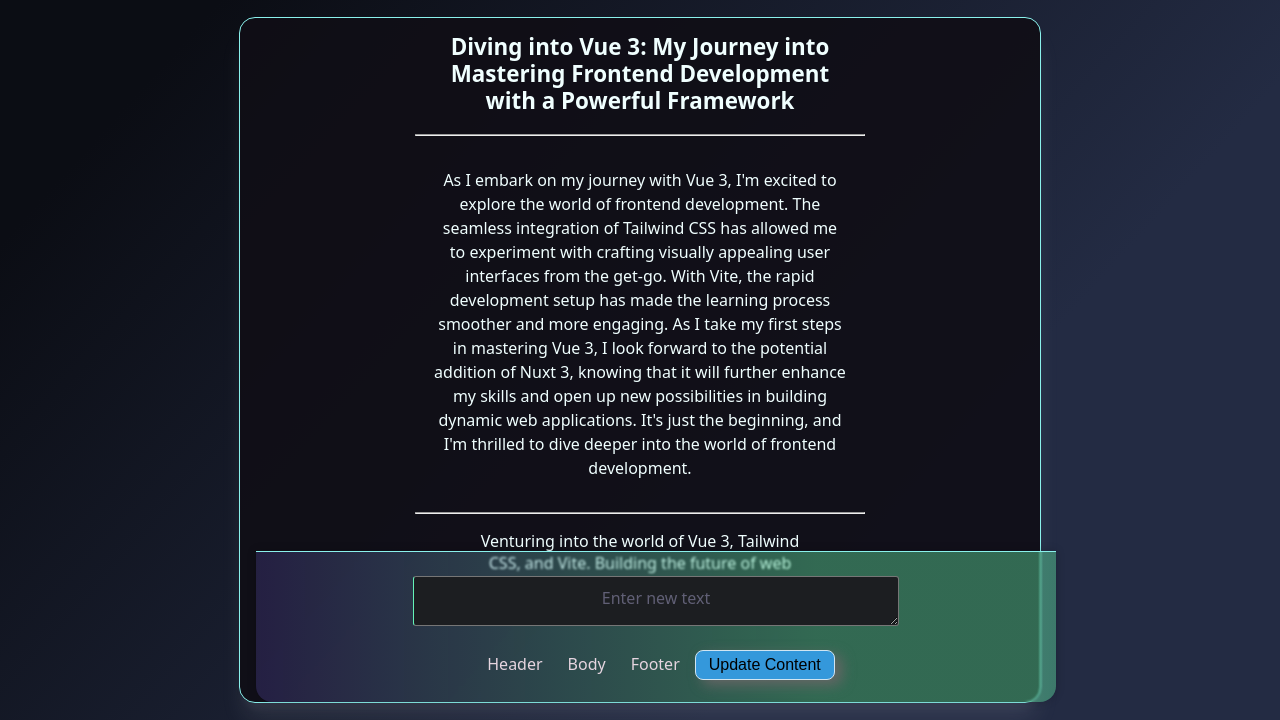
Repository: Freezler/AnnounceCraft
Page: index.html
An editor plug-in stored every save of this project. The page is shown before and after a run of saves, followed by the edit.
The browser window is 1280 px wide. The pictures show the whole page.

Above is the page before, as saved 2024-01-22 14:28:10.

After the next 4 saves:
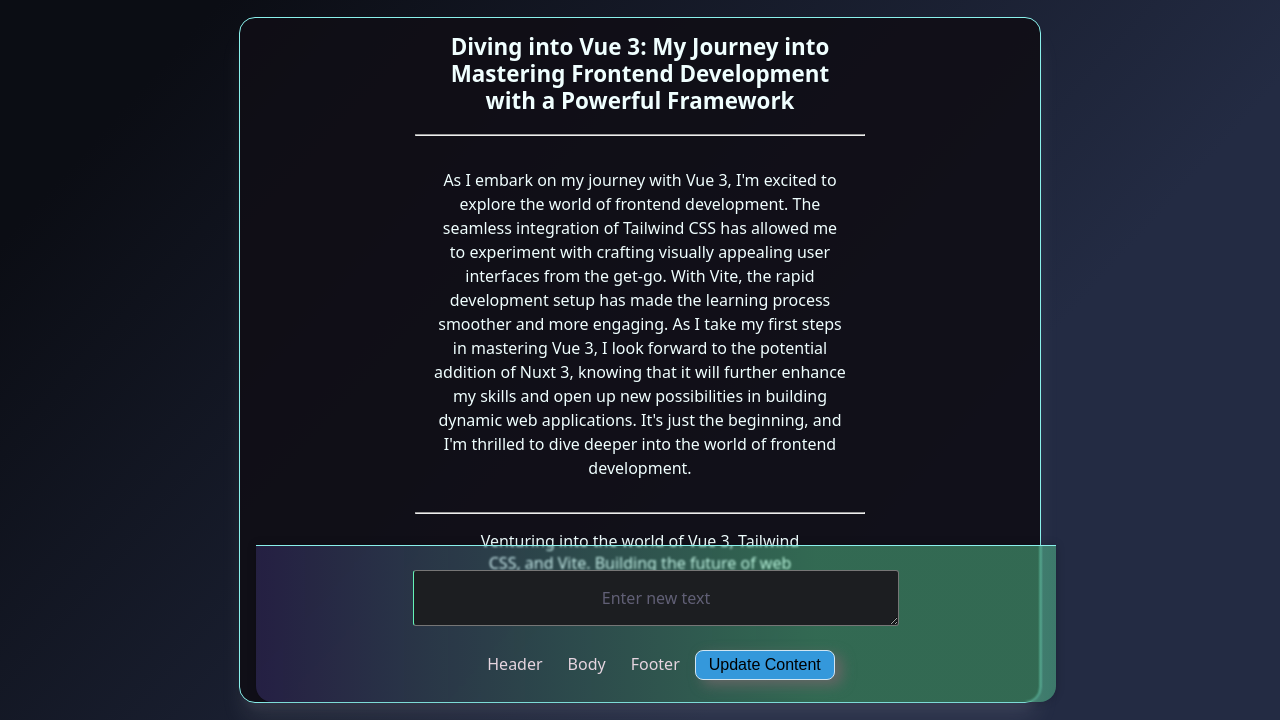
The 4 saves are shown as one change because they came seconds apart.
The last was saved 36 s later.
--- a/style.css
+++ b/style.css
@@ -145,7 +145,7 @@
         font-size: 16px;
         font-family: system-ui, -apple-system, BlinkMacSystemFont, 'Segoe UI', Roboto, Oxygen, Ubuntu, Cantarell, 'Open Sans', 'Helvetica Neue', sans-serif;
         margin: 0 auto;
-
+       padding-top: 0.5rem;
         overflow: hidden;
         outline: none;
         vertical-align: middle;
